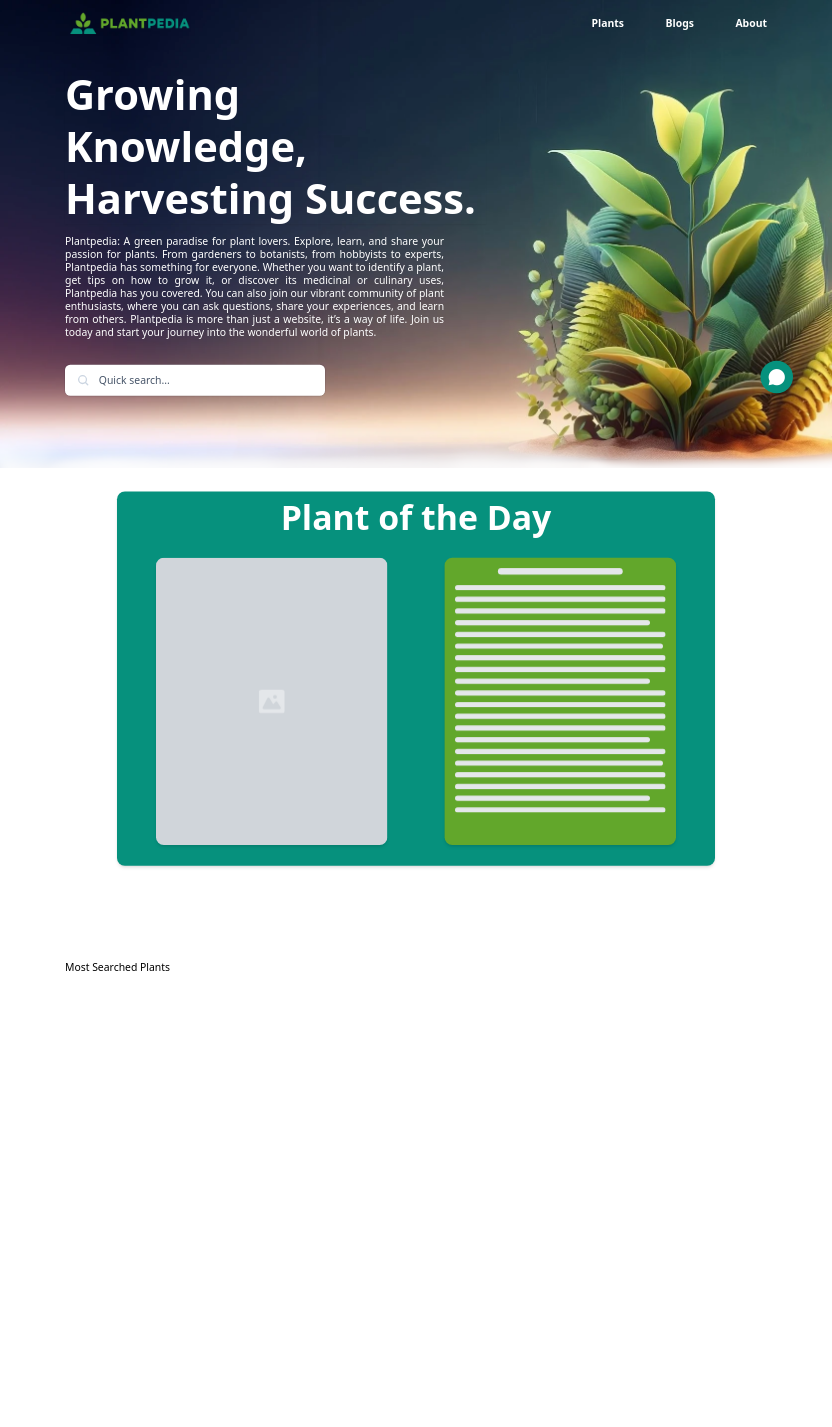
Repository: silham/PlantPedia
Page: /test/home
These files come from the project's save history. The page is drawn as it stood at one moment and after the next save; the edit follows.
The browser window is 1280 px wide. The pictures show the whole page, at 65% of full size.
The page's requests for data from a server got no answer. The project was rebuilt for these pictures with package versions that can differ from the ones it lists, and the page was loaded fresh each time. The framework's server and built-in components were replaced by stand-ins that run in the browser. No one was signed in, and anything a server would have sent is missing. Also part of the build but not shown: next.config.js, app/components/SearchBox.css, app/test/Chat/style.css, app/utils/Formatter.ts.

Above is the page before, as saved 2023-10-16 14:39:02.

After the next save:
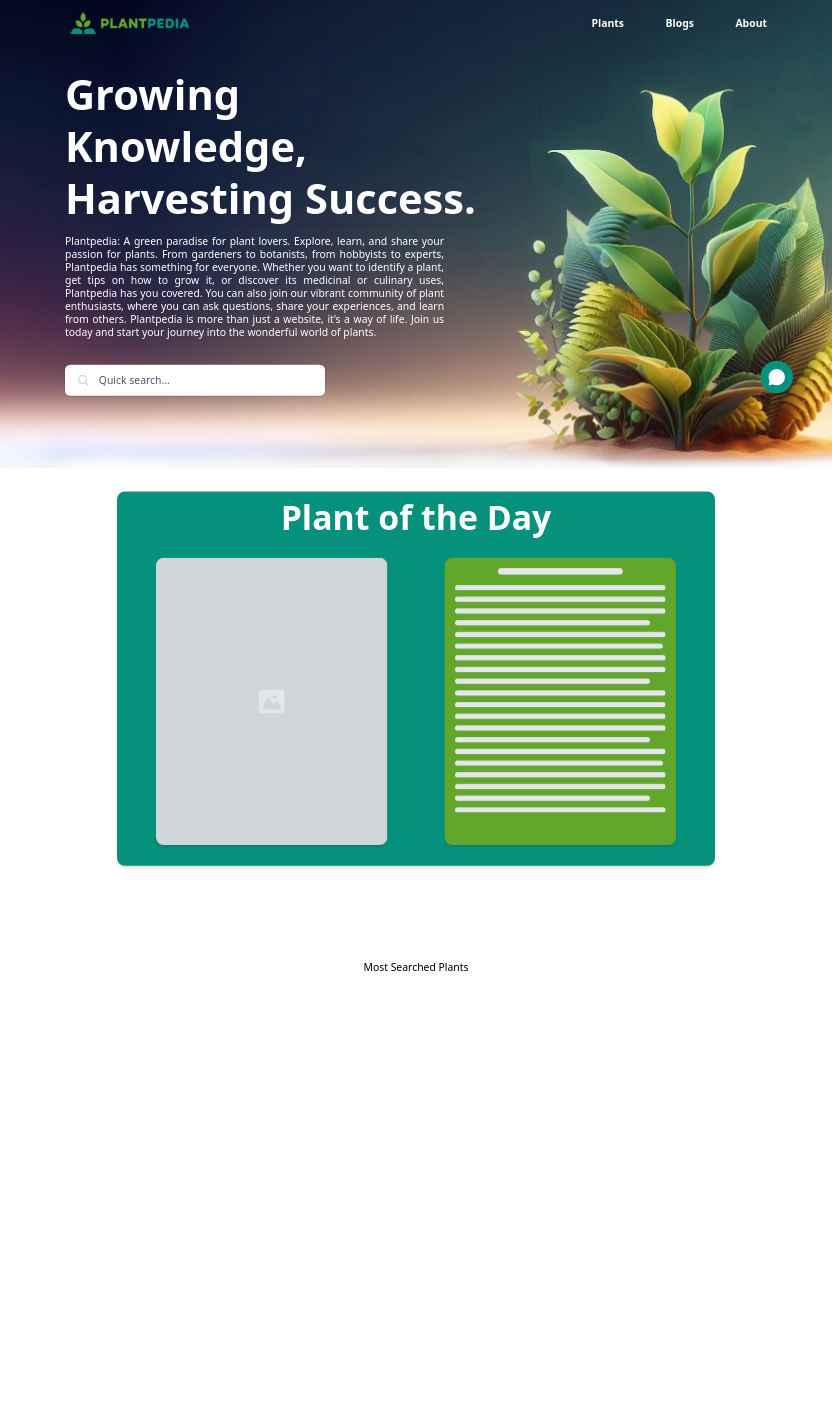
Saved 79 s later.
--- a/app/test/home/TrendingTopics.tsx
+++ b/app/test/home/TrendingTopics.tsx
@@ -3,7 +3,9 @@ import React from "react";
 const TrendingTopics = () => {
   return (
     <div className="flex w-full">
-      <h3>Most Searched Plants</h3>
+      <div className="w-full flex justify-center h-[15%]">
+        <h3 className="">Most Searched Plants</h3>
+      </div>
     </div>
   );
 };
